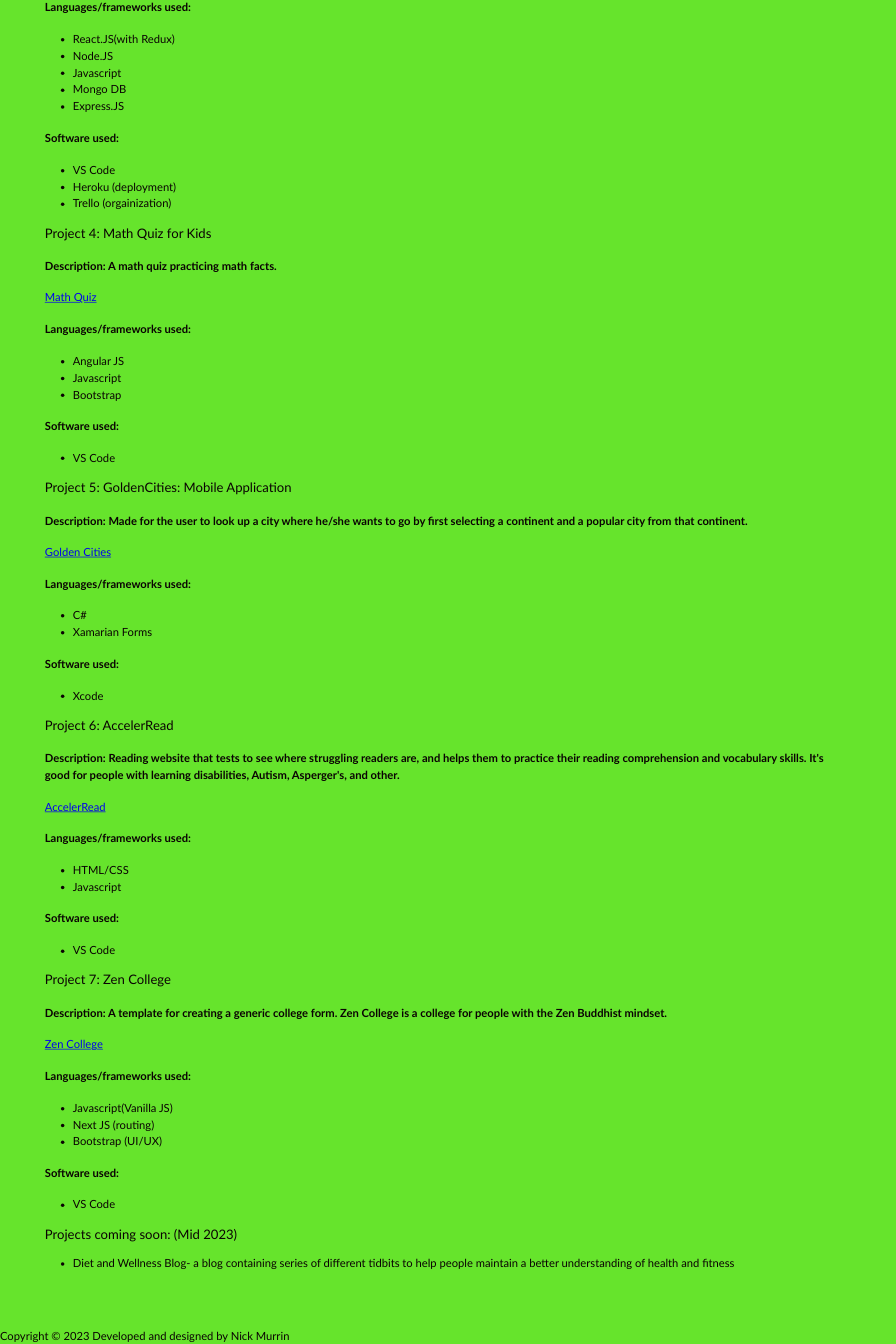
Repository: collegedude9300/modernport
Page: about.html
These files come from the project's save history. The page is drawn as it stood at one moment and after the next save; the edit follows.
The browser window is 1280 px wide. The pictures show the part of the page from y = 1376 to 3296 px (the page is 3296 px tall before and 2957 px after), at 70% of full size.

Above is the page before, as saved 2023-05-28 14:15:20.

After the next save:
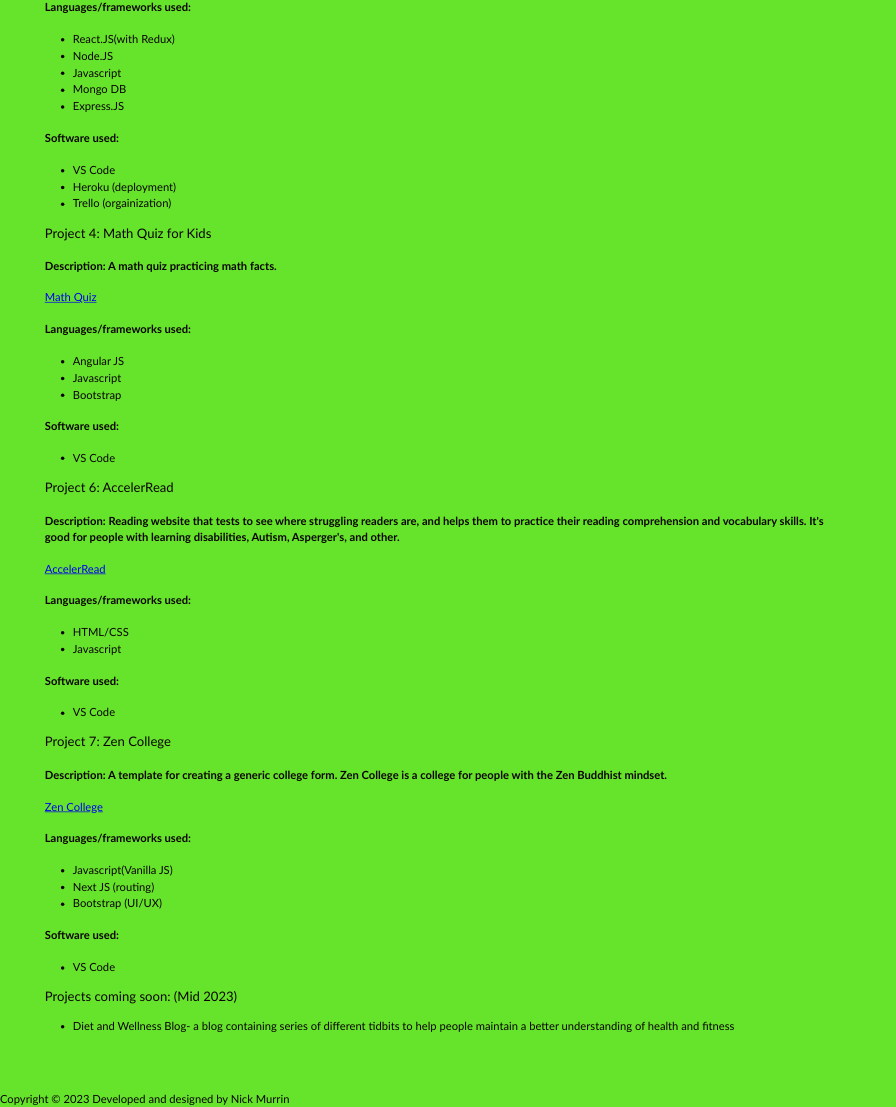
Saved 34 s later.
--- a/about.html
+++ b/about.html
@@ -124,22 +124,8 @@ About Me:
 </ul>
       </div>
 </div>
+</div>
 <div class="project5">
-        <h3>Project 5: GoldenCities: Mobile Application</h3>
-        <h4>Description: Made for the user to look up a city where he/she wants to go by first selecting a continent and a popular city from that continent.</h4>
-        <a href="https://github.com/collegedude9300/goldencity"/> Golden Cities </a>
-<h4> Languages/frameworks used: </h4>
-<ul>
-  <li>C#</li>
-  <li>Xamarian Forms</li>
-</ul>
-<h4> Software used: </h4>
-<ul>
-<li> Xcode  </li>
-</ul>
-</div>
-</div>
-<div class="project6">
   <h3>Project 6: AccelerRead</h3>
   <h4>Description: Reading website that tests to see where struggling readers are,
 and helps them to practice their reading comprehension and vocabulary skills.
